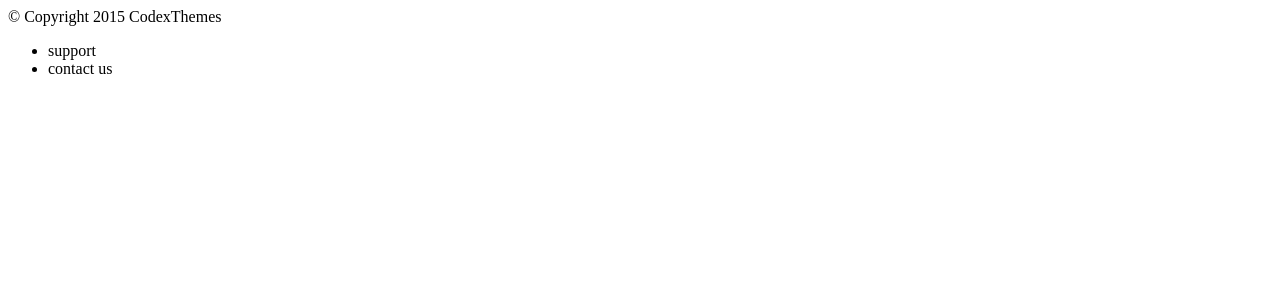
Repository: flylessbird/shop_cart
Page: html/footer.html
An editor plug-in stored every save of this project. The page is shown before and after a run of saves, followed by the edit.
The browser window is 1280 px wide. The pictures show the whole page.

Above is the page before, as saved 2022-05-10 15:16:25.

### html/footer.html
<!DOCTYPE html>
<html lang="en">
<head>
    <meta charset="UTF-8">
    <meta http-equiv="X-UA-Compatible" content="IE=edge">
    <meta name="viewport" content="width=device-width, initial-scale=1.0">
    <title>Document</title>
</head>
<body>
    <footer>
<div class="text">
    <span class="copy">&copy; Copyright 2015</span>
    <span class="theme">CodexThemes</span>
</div>
<ul class="ft_option">
<li>support</li>
<li>contact us</li>
</ul>
    </footer>
</body>
</html>

After the next 2 saves:
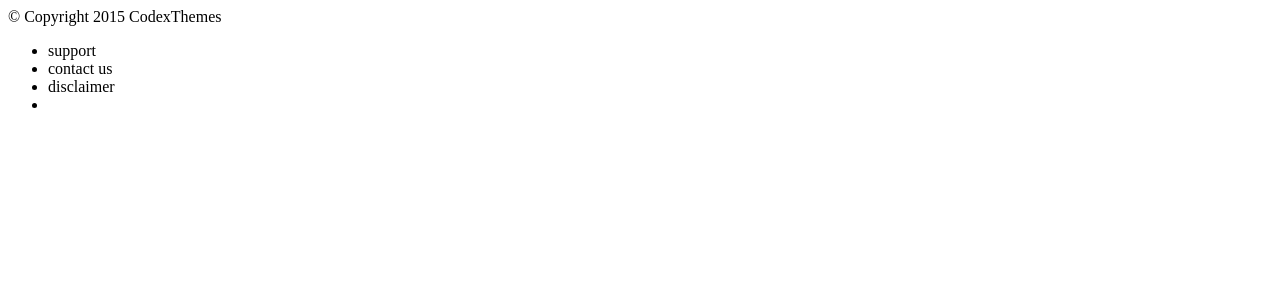
The 2 saves are shown as one change because they came seconds apart.
The last was saved 14 s later.
--- a/html/footer.html
+++ b/html/footer.html
@@ -15,6 +15,8 @@
 <ul class="ft_option">
 <li>support</li>
 <li>contact us</li>
+<li>disclaimer</li>
+<li></li>
 </ul>
     </footer>
 </body>
